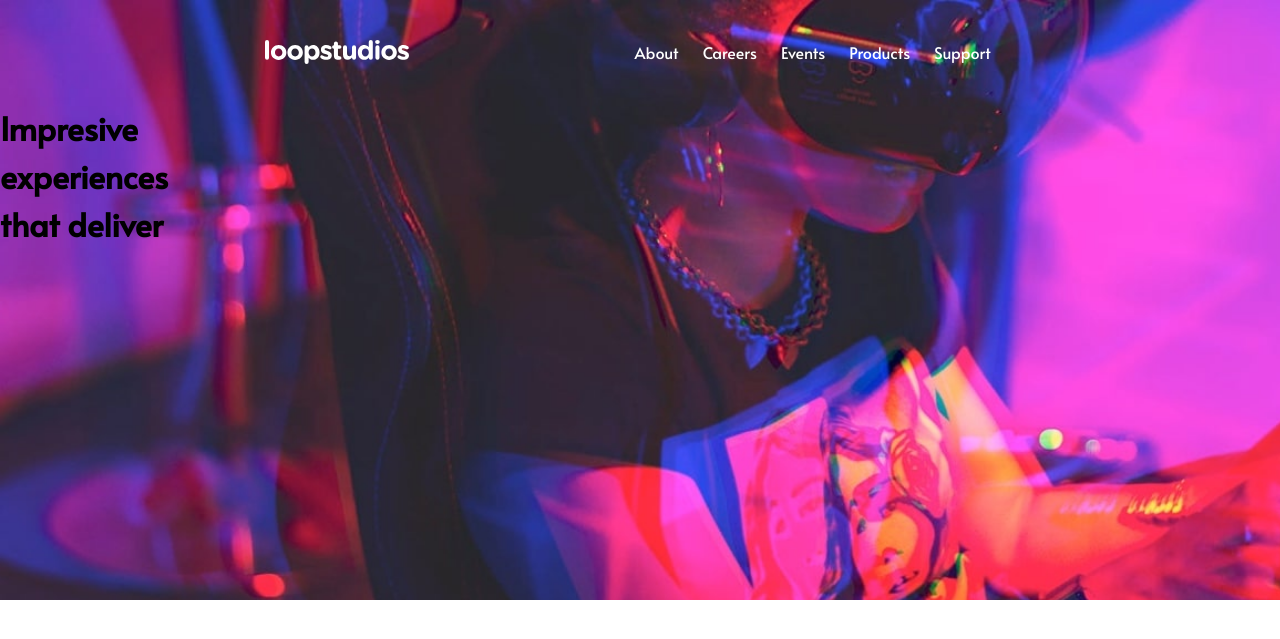
Repository: gligor99/loopstudios-fm
Page: /
These files come from the project's save history. The page is drawn as it stood at one moment and after the next save; the edit follows.
The browser window is 1280 px wide. The pictures show the whole page.
The project was rebuilt for these pictures with package versions that can differ from the ones it lists, and the page was loaded fresh each time.

Above is the page before, as saved 2021-11-28 15:14:09.

After the next save:
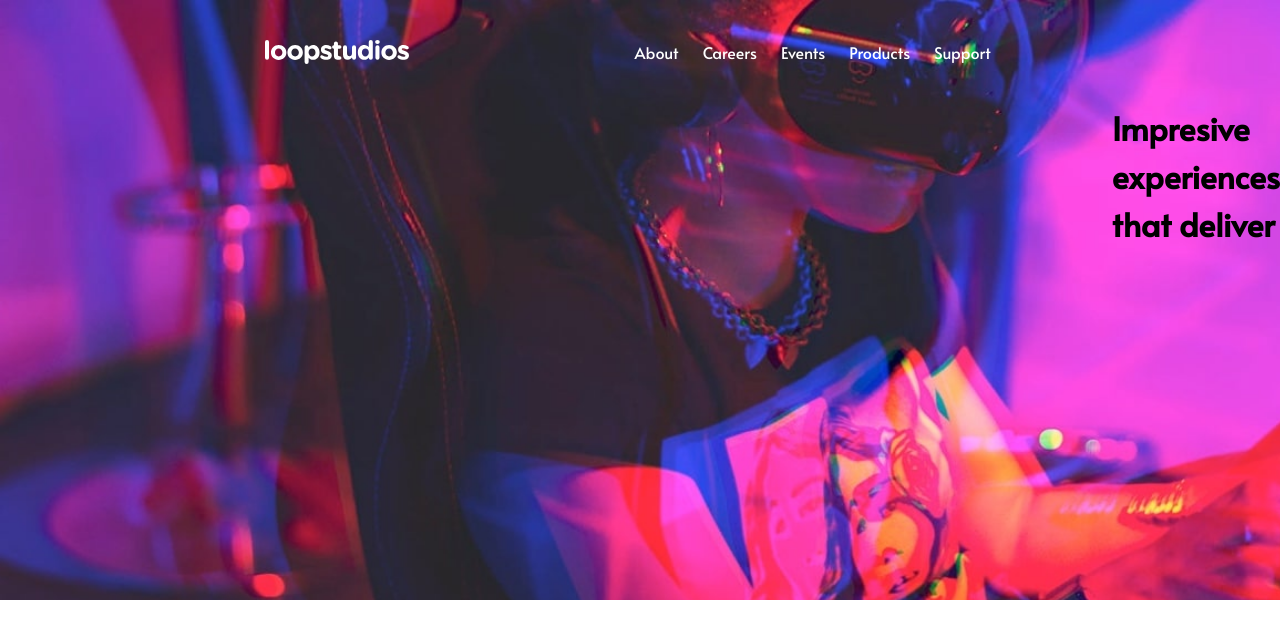
Saved 10 s later.
--- a/src/components/Hero/hero.css
+++ b/src/components/Hero/hero.css
@@ -5,6 +5,6 @@
     background-size: cover;
     height: 600px;
 }
-.container-title {
+.container-content {
     float: right;
 }

After the save that followed:
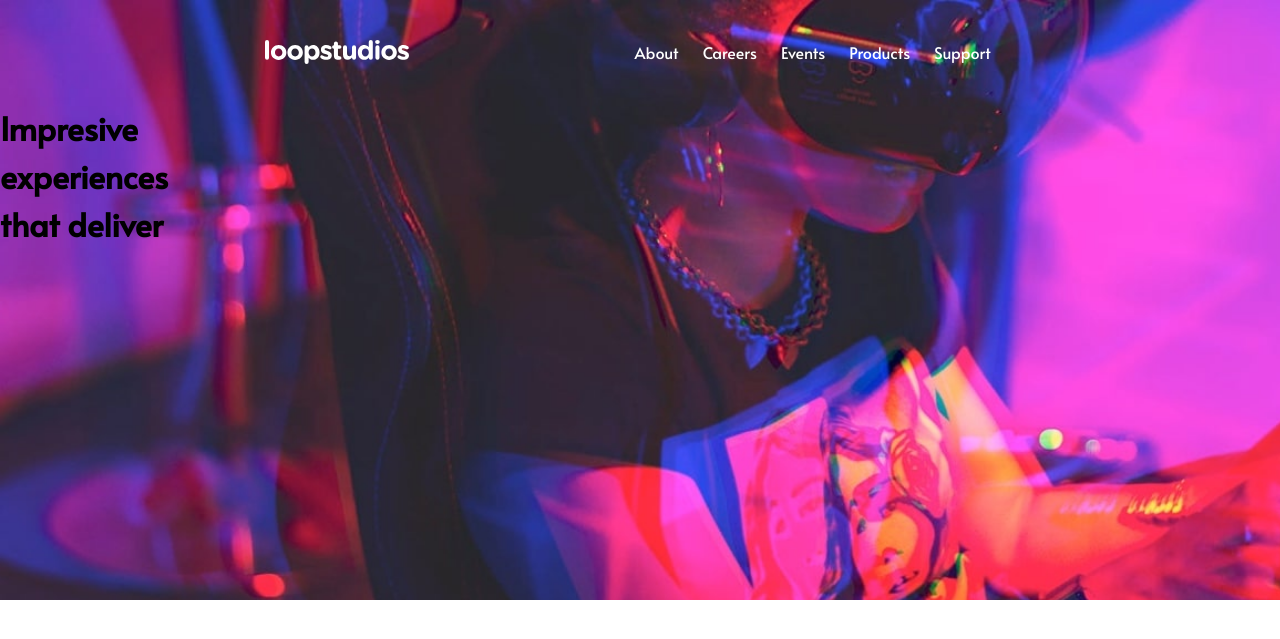
Saved 6 s later.
--- a/src/components/Hero/hero.css
+++ b/src/components/Hero/hero.css
@@ -6,5 +6,5 @@
     height: 600px;
 }
 .container-content {
-    float: right;
+    display: flex;
 }
